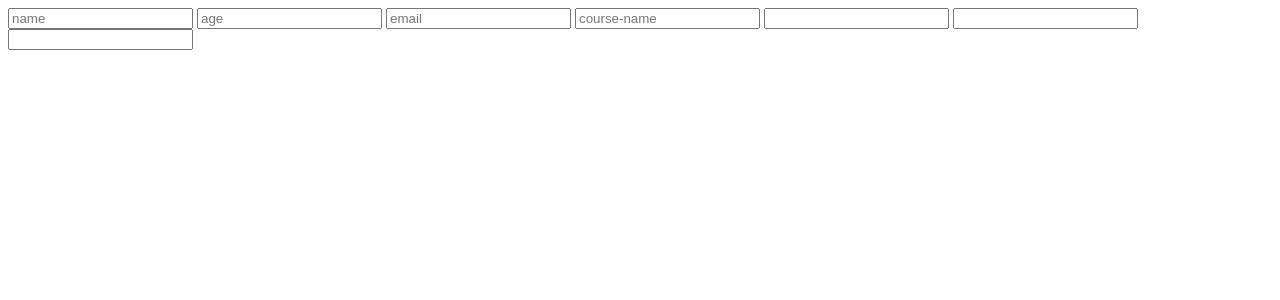
Repository: roneetkumar/java-enterprise
Page: http://localhost/College/
An editor plug-in stored every save of this project. The page is shown before and after the next save, followed by the edit.
The browser window is 1280 px wide. The pictures show the whole page.
The page is served by Tomcat 9. Other server files are loaded and not shown.

Above is the page before, as saved 2020-02-25 22:18:30.

### College/WebContent/index.jsp
<%@ page language="java" contentType="text/html; charset=ISO-8859-1"
    pageEncoding="ISO-8859-1"%>
<!DOCTYPE html>
<html>
<head>
<meta charset="ISO-8859-1">
<title>Insert title here</title>
</head>
<body>

	<form action="AddStudents">

		<input type="text" name="name" placeholder="name"/>
		<input type="text" name="age" placeholder="age"/>
		<input type="text" name="email" placeholder="email" />
		<input type="text" name="cname" placeholder="course-name"/>
		<input type="text" name="name"/>
		<input type="text" name="name"/>
		<input type="text" name="name"/>


	</form>

</body>
</html>

After the next save:
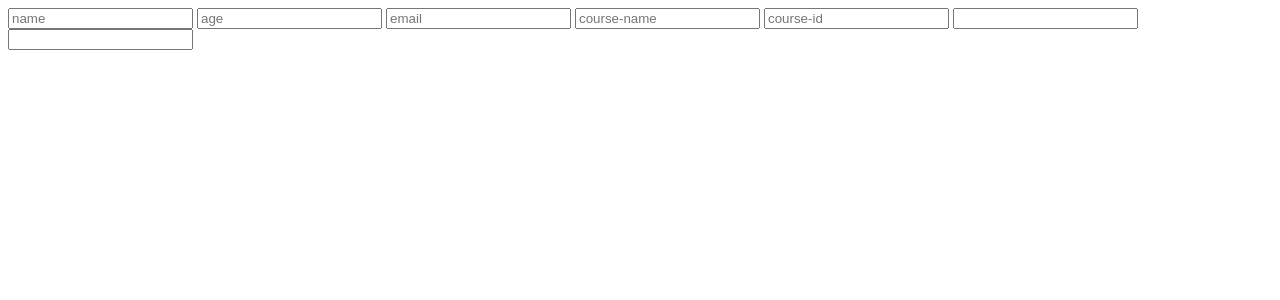
Saved 20 s later.
--- a/College/WebContent/index.jsp
+++ b/College/WebContent/index.jsp
@@ -14,7 +14,7 @@
 		<input type="text" name="age" placeholder="age"/>
 		<input type="text" name="email" placeholder="email" />
 		<input type="text" name="cname" placeholder="course-name"/>
-		<input type="text" name="name"/>
+		<input type="text" name="cid" placeholder="course-id"/>
 		<input type="text" name="name"/>
 		<input type="text" name="name"/>
 
